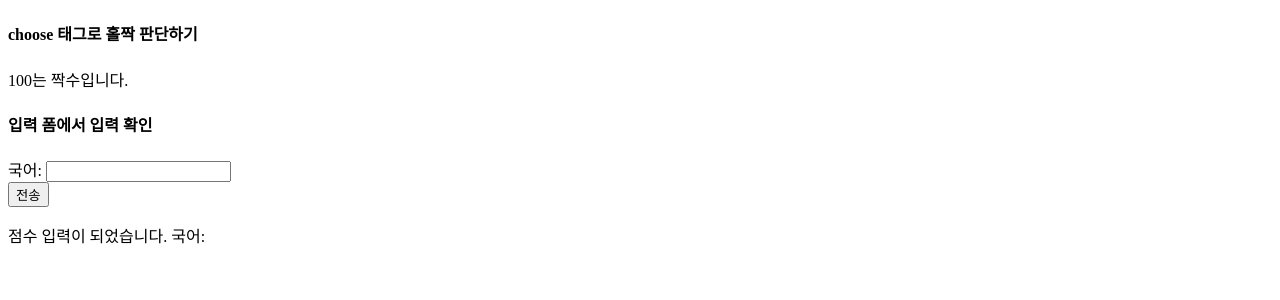
Repository: ahwaboin3/eclipse-workspace-jsp
Page: http://localhost/MustHaveJSP/JSTL/Choose.jsp
The author's editor kept a copy of each file at every save. The page is drawn from the files as they stood at one save, then again after the next save.
The browser window is 1280 px wide. The pictures show the whole page.
The page is served by Tomcat 10.

Above is the page before, as saved 2025-05-23 00:41:11.

After the next save:
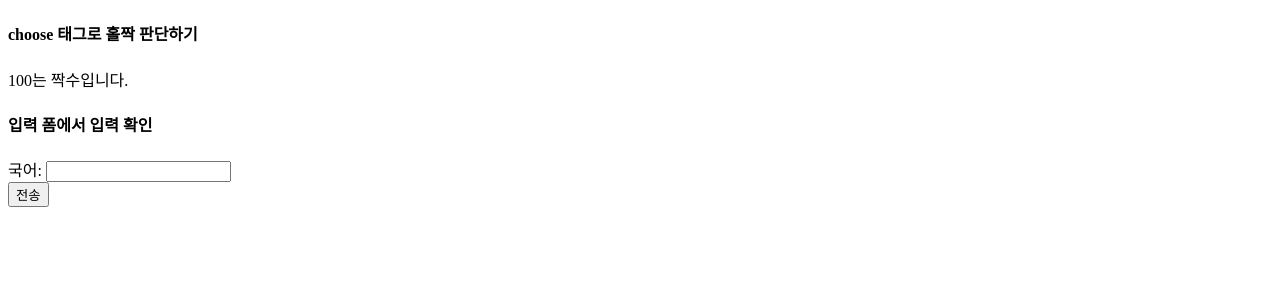
Saved 12 s later.
--- a/MustHaveJSP/src/main/webapp/JSTL/Choose.jsp
+++ b/MustHaveJSP/src/main/webapp/JSTL/Choose.jsp
@@ -43,7 +43,7 @@
 <p>${param.kor.trim().length()}</p>
 
 <!-- 입력폼에 입력이 됐는지 확인 -->
-<c:if test="${param.kor.trim().length()!=0 }">
+<c:if test="${param.kor.trim().length()>0 }">
 	<p>점수 입력이 되었습니다. 국어: ${param.kor}</p>
 </c:if>
 </body>
